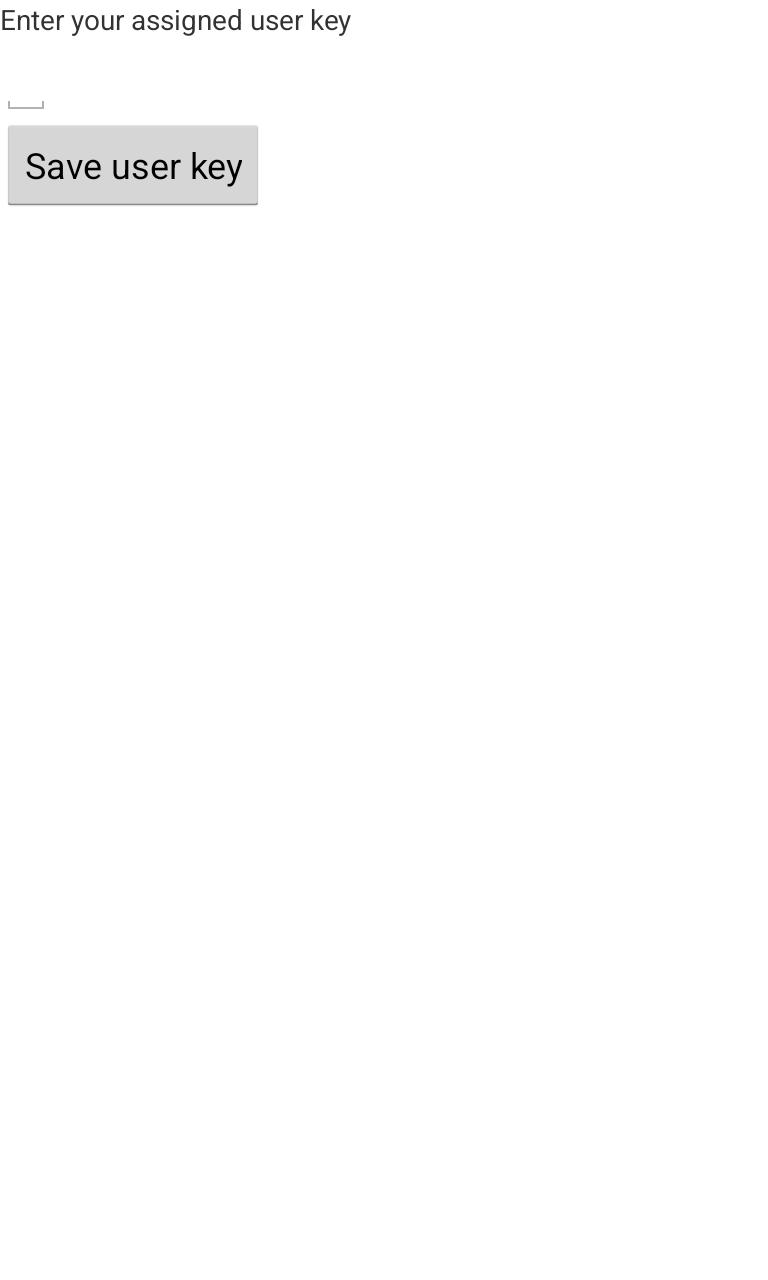
Repository: harvard-lil/wtwba-android-app
Layout: wtwba/res/layout/activity_manage_user.xml
These files come from the project's save history. The layout is drawn as it stood at one moment and after the next save; the edit follows.
It is drawn on a 768 x 1280 px phone screen (xhdpi) without system bars, with theme AppTheme; the app's code is not run.

Above is the layout before, as saved 2013-03-11 20:24:47.

After the next save:
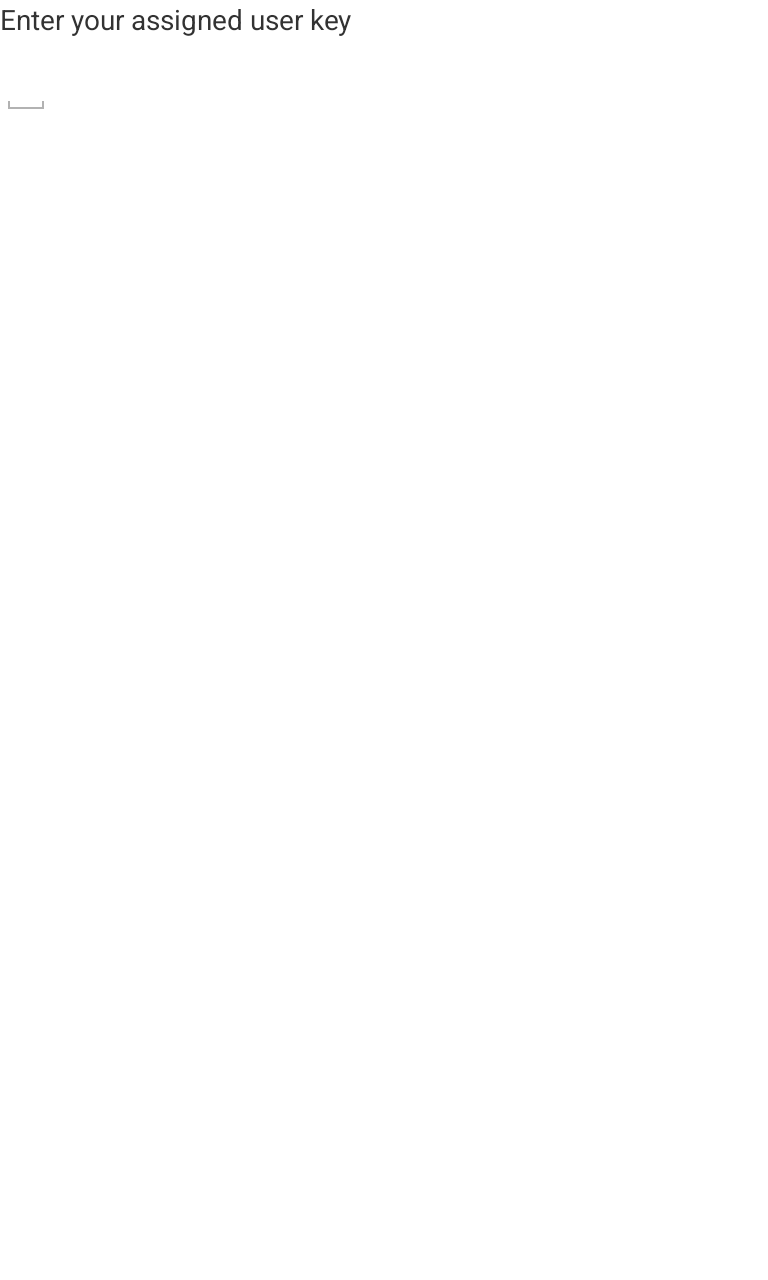
Saved 90 s later.
--- a/wtwba/res/layout/activity_manage_user.xml
+++ b/wtwba/res/layout/activity_manage_user.xml
@@ -16,10 +16,4 @@
         android:layout_width="wrap_content"
         android:layout_height="wrap_content"
         android:inputType="text" />
-
-    <Button
-        android:layout_width="wrap_content"
-        android:layout_height="wrap_content"
-        android:text="@string/button_save_user_name"
-        android:onClick="setUsername" />
 </LinearLayout>

After the save that followed:
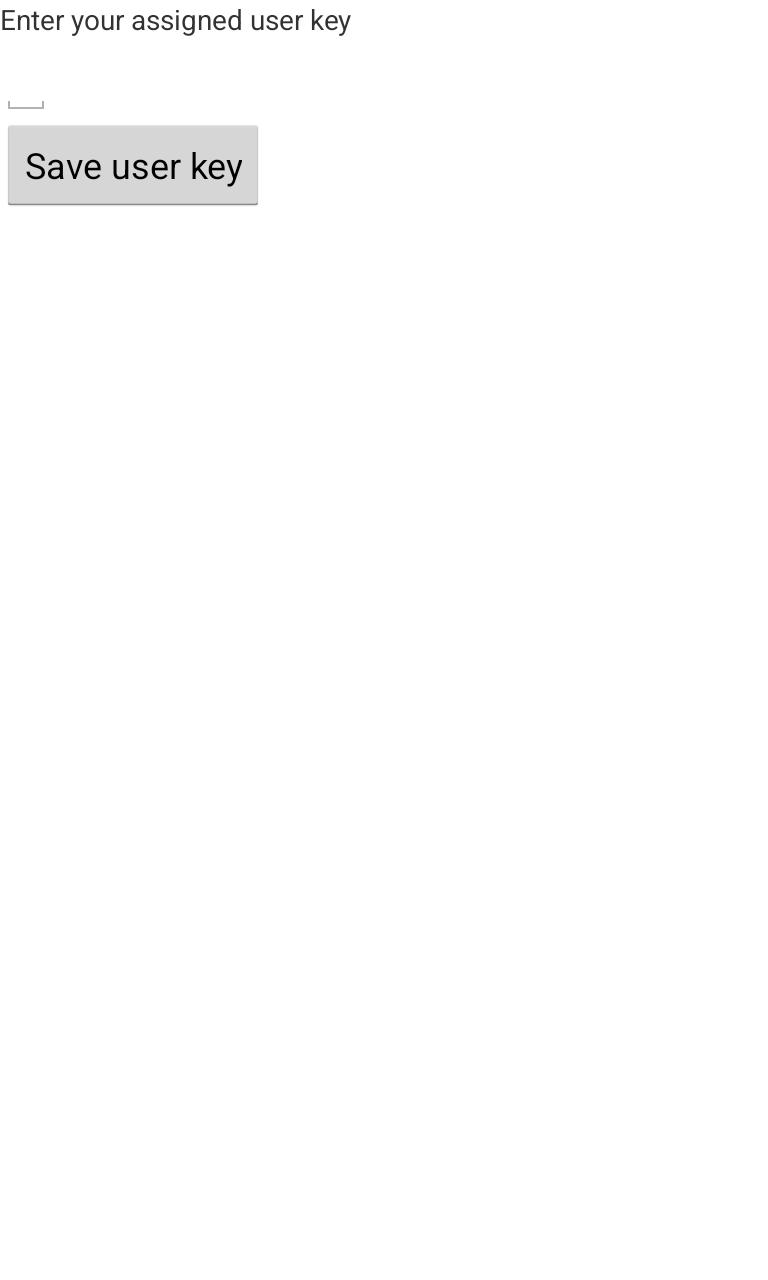
Saved 46 s later.
--- a/wtwba/res/layout/activity_manage_user.xml
+++ b/wtwba/res/layout/activity_manage_user.xml
@@ -16,4 +16,10 @@
         android:layout_width="wrap_content"
         android:layout_height="wrap_content"
         android:inputType="text" />
+
+    <Button
+        android:layout_width="wrap_content"
+        android:layout_height="wrap_content"
+        android:text="@string/button_save_user_name"
+        android:onClick="setUsername" />
 </LinearLayout>
